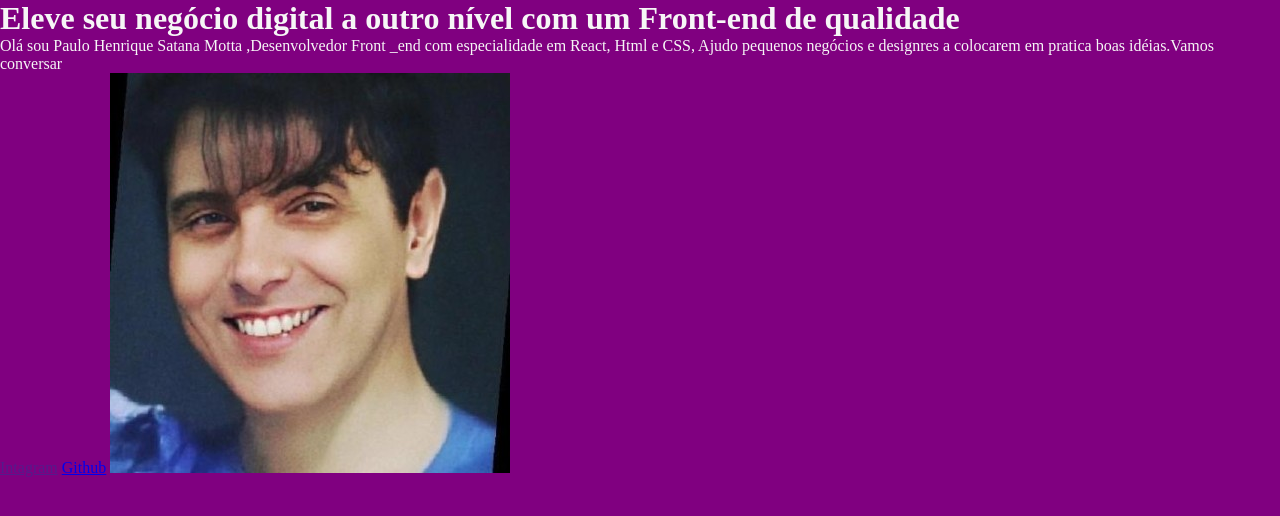
Repository: phsmottanerd/projeto-portfolio-alura
Page: index.html
The author's editor kept a copy of each file at every save. The page is drawn from the files as they stood at one save, then again after the next save.
The browser window is 1280 px wide. The pictures show the whole page.

Above is the page before, as saved 2025-01-13 18:13:56.

### index.html
<!DOCTYPE html>
<html lang="pt-br">
<head>
    <meta charset="UTF-8">
    <meta name="viewport" content="width=device-width, initial-scale=1.0">
    <link rel="stylesheet" href="style.css">
    <title>Portfólio</title>
</head>
<body>
    <header></header>
    <main>
        <h1> Eleve seu negócio digital a outro nível com <strong> um Front-end de qualidade</strong></h1>
    <p>Olá sou Paulo Henrique Satana Motta ,Desenvolvedor Front _end
         com especialidade em React, Html e CSS, Ajudo pequenos negócios e designres a colocarem em pratica boas
         idéias.Vamos conversar
    </p>
<a href="">Intagram</a>
<a href="https://github.com/phsmottanerd?tab=repositories">Github</a>
<img src="./img/1722867171561.jpg" alt="imgem-foto">
    </main>
    <footer></footer>
</body>
</html>

### style.css
*{
padding: 0;
margin:0;
box-sizing: border-box;


}
body{
background-color:purple;
color:#f6f6f6;
}

After the next save:
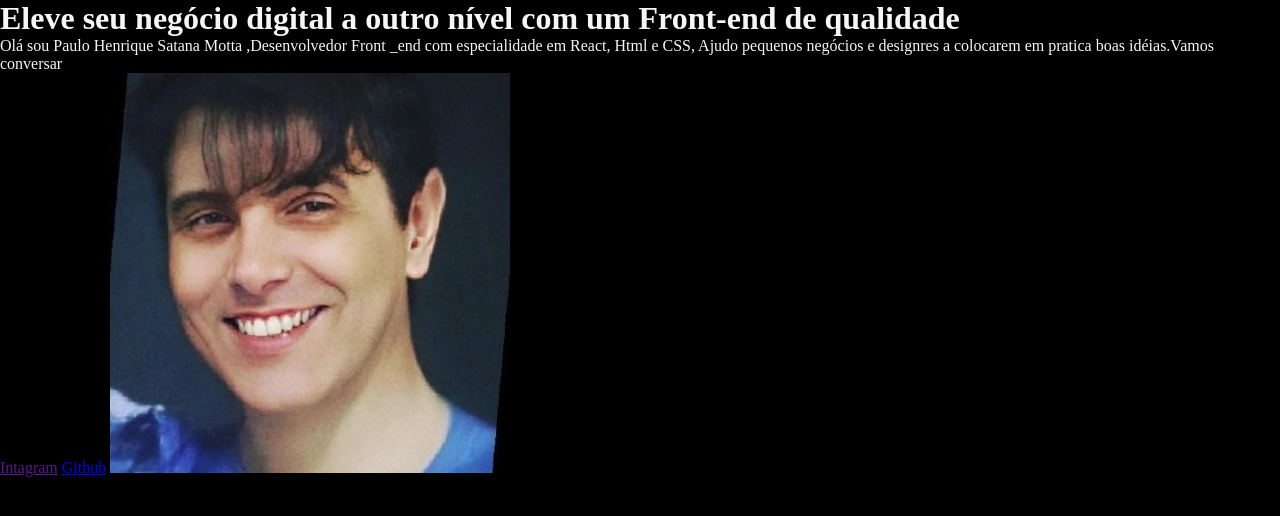
Saved 37 s later.
--- a/style.css
+++ b/style.css
@@ -6,6 +6,6 @@ box-sizing: border-box;
 
 }
 body{
-background-color:purple;
+background-color:black;
 color:#f6f6f6;
 }
